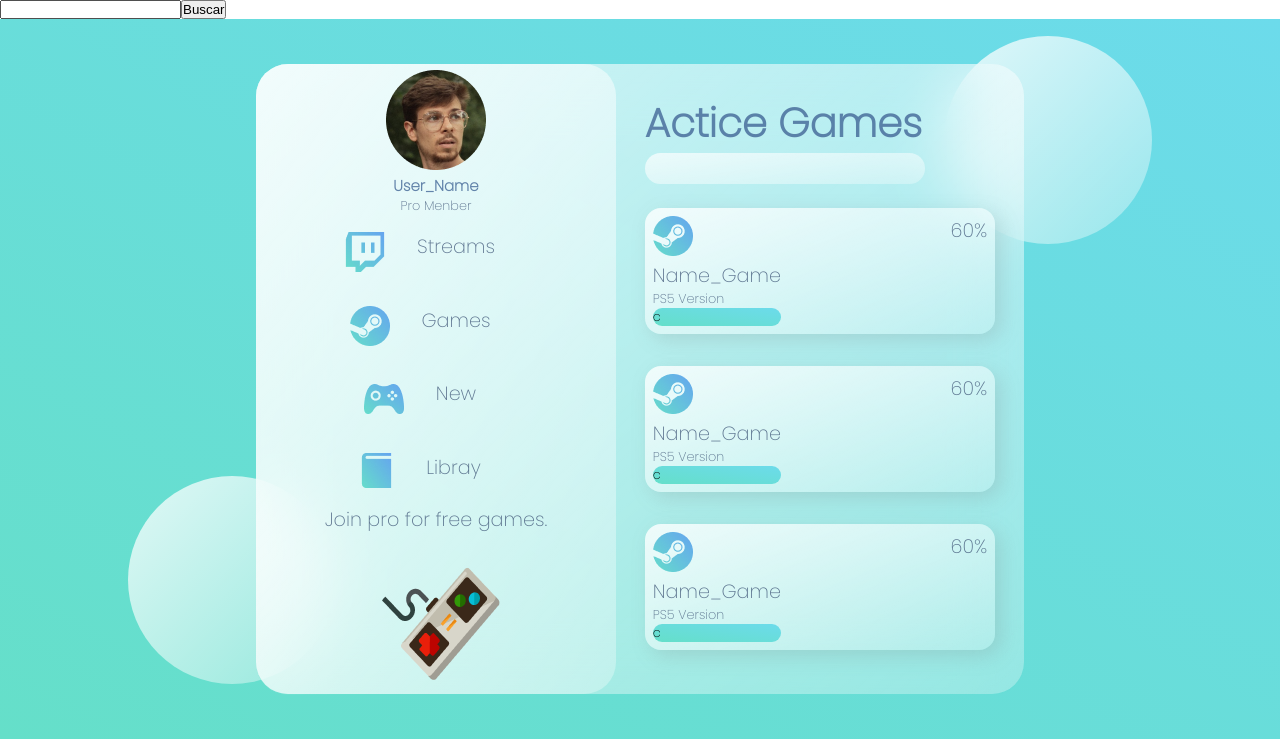
Repository: ServerK001/HomeGamer
Page: /
These files come from the project's save history. The page is drawn as it stood at one moment and after a run of saves; the edit follows.
The browser window is 1280 px wide. The pictures show the whole page.
The project was rebuilt for these pictures with package versions that can differ from the ones it lists, and the page was loaded fresh each time.

Above is the page before, as saved 2021-12-27 16:33:10.

After the next 3 saves:
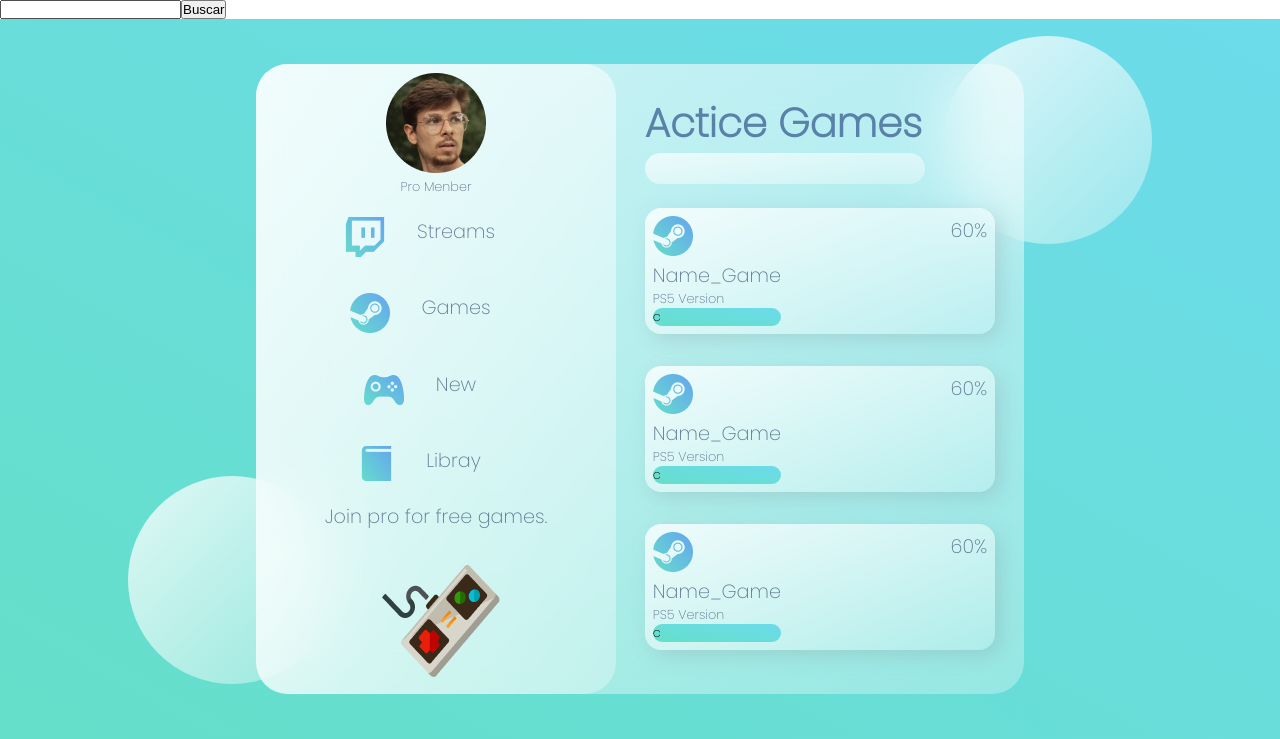
The 3 saves are shown as one change because they came seconds apart.
The last was saved 20 s later.
--- a/src/components/dashboard/dashborad.jsx
+++ b/src/components/dashboard/dashborad.jsx
@@ -12,7 +12,7 @@
             <div className="dashborad">
                     <div className="user">
                         <img src={avatar} alt="" />
-                            <h3>User_Name</h3>
+                            <h3>{props.name}</h3>
                                 <p>Pro Menber</p>
                     </div>
 
